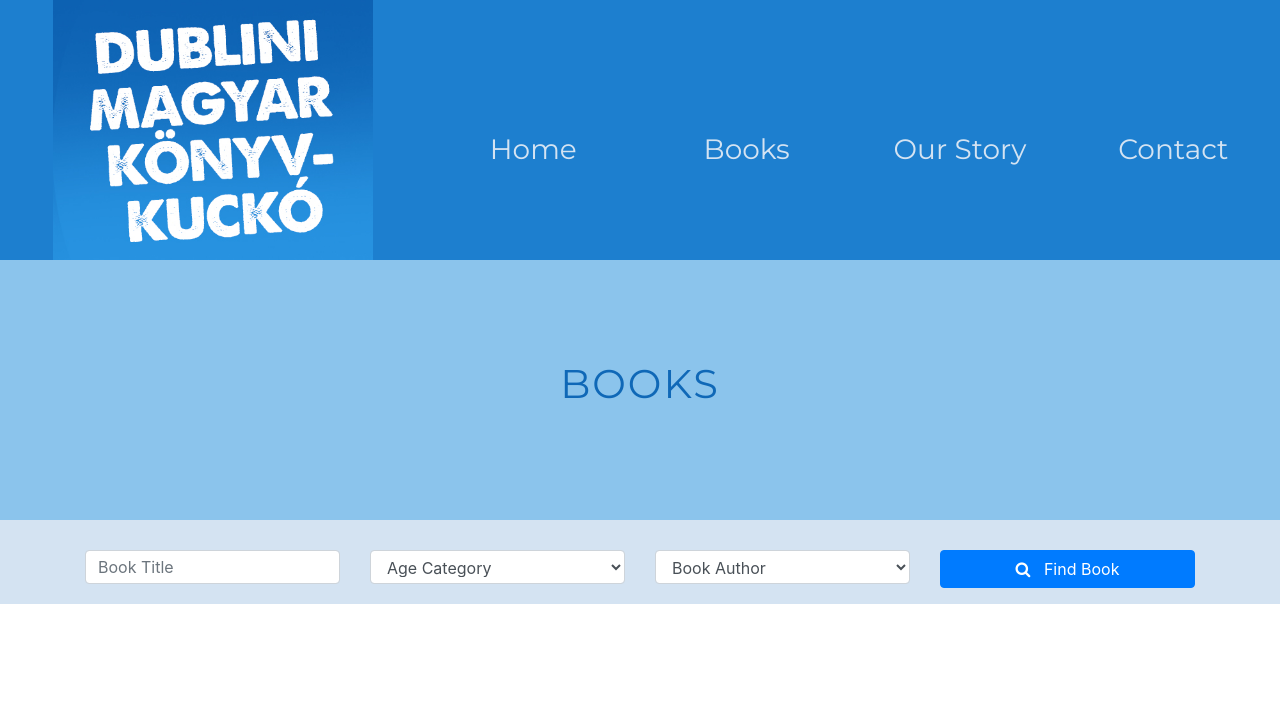
Repository: taikatta/Konyvkucko
Page: books.html
The author's editor kept a record of every edit. The page is drawn from the files as they stood at one moment, then again after the next edit.
The browser window is 1280 px wide. The pictures show the whole page.

Above is the page before.

After the next edit:
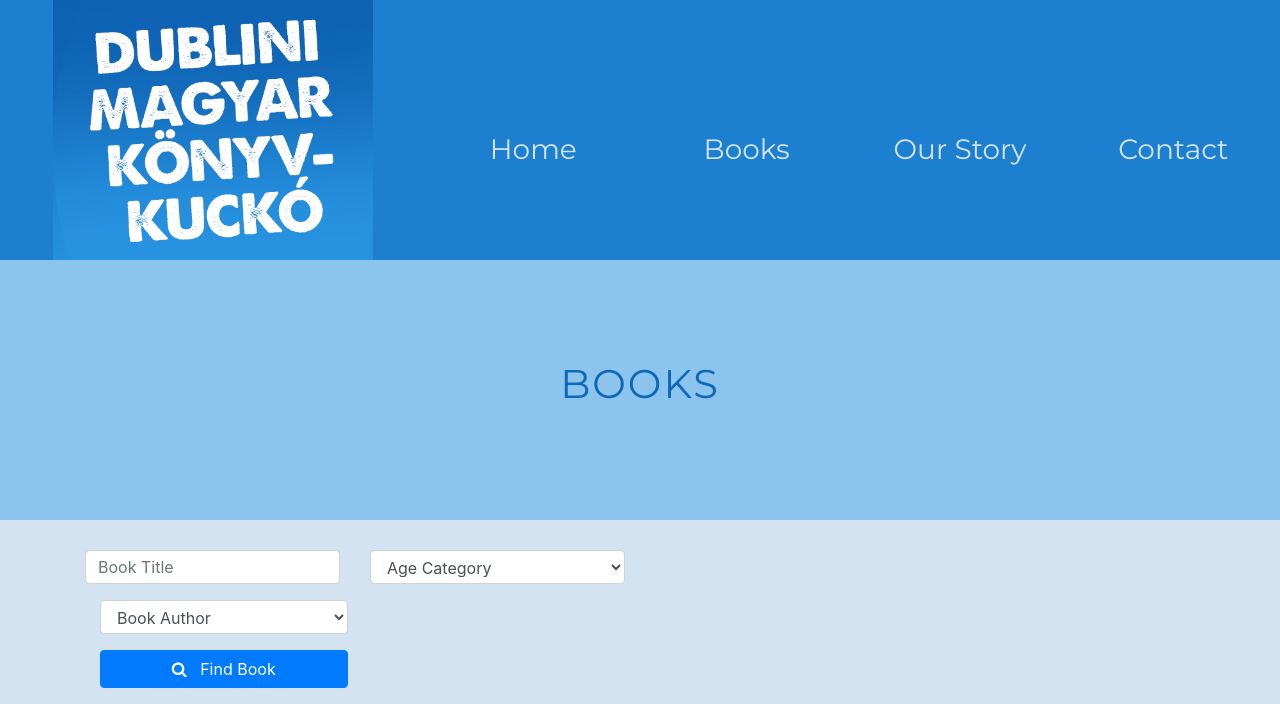
The edit:
--- a/books.html
+++ b/books.html
@@ -59,8 +59,8 @@
                                     <input name="s" value type="text" class="form-control" id="keyboard" placeholder="Book Title">
 
                             </div>
-                            <div class="col-sm-6 col-md-3">
-                                <div class="form-group">
+                            <div class="col-sm-6 col-md-3 form-group">
+
                                     <select name="product_cat" id="product_cat" class="form-control">
                                         <option value="0">Age Category</option>
                                         <option class="level-0" value="0-3">0 - 3 years old</option>

After the edit that followed:
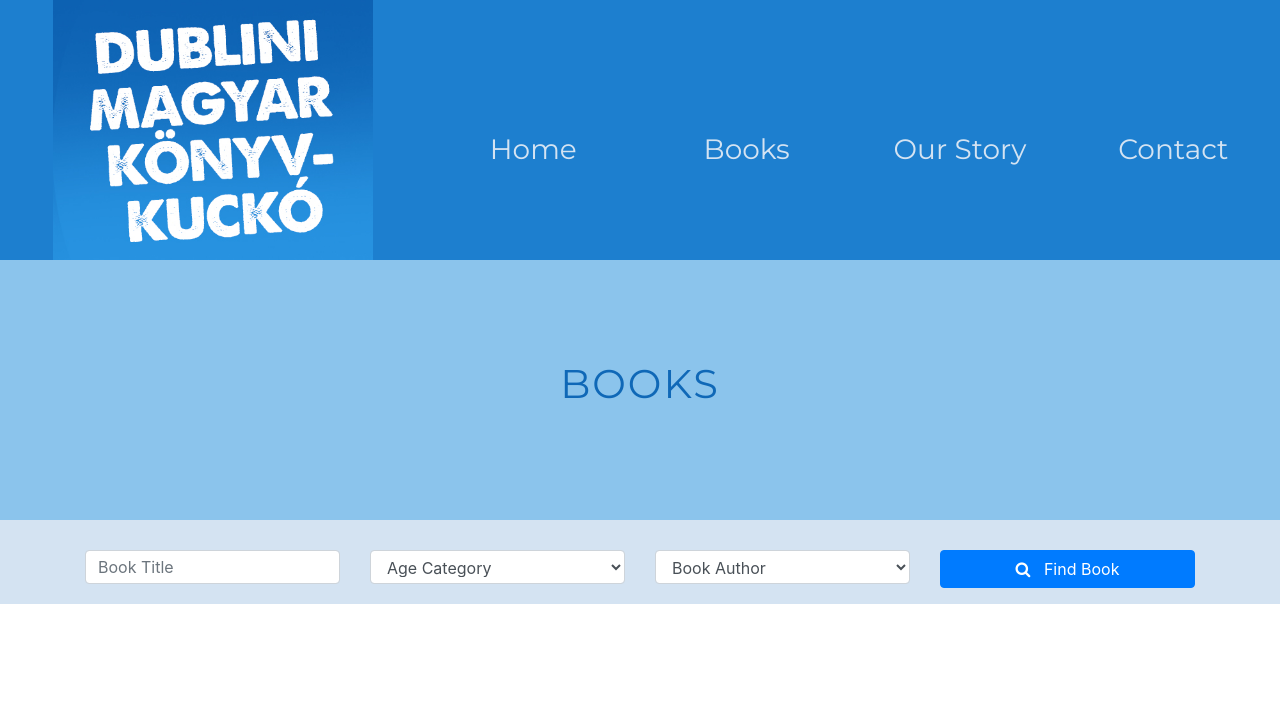
The edit:
--- a/books.html
+++ b/books.html
@@ -66,7 +66,7 @@
                                         <option class="level-0" value="0-3">0 - 3 years old</option>
                                         <option class="level-1" value="2-5">2 - 5 years old</option>
                                     </select>
-                                </div>
+
                             </div>
                             <div class="col-sm-6 col-md-3">
                                 <div class="form-group">
